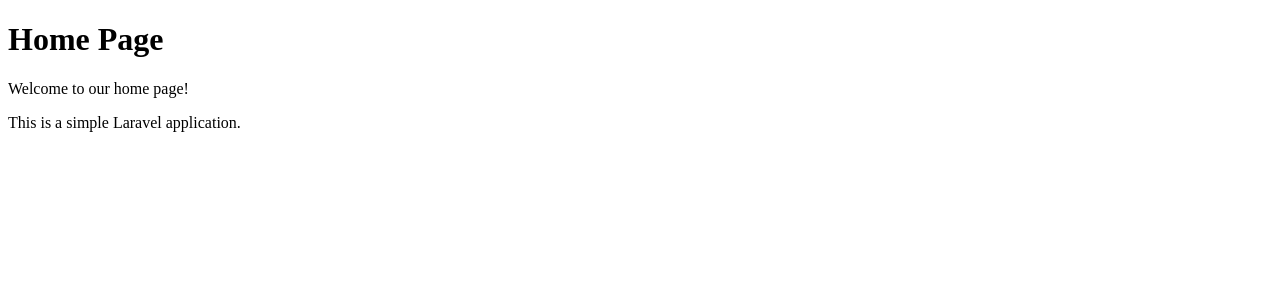
Repository: mennaabdelelhady/30-Days-to-Learn-Laravel
Page: http://localhost/
An editor plug-in stored every save of this project. The page is shown before and after the next save, followed by the edit.
The browser window is 1280 px wide. The pictures show the whole page.
The page is served by the project's Laravel application, run on PHP 8.4 with Laravel 12.

Above is the page before, as saved 2025-07-09 01:13:20.

After the next save:
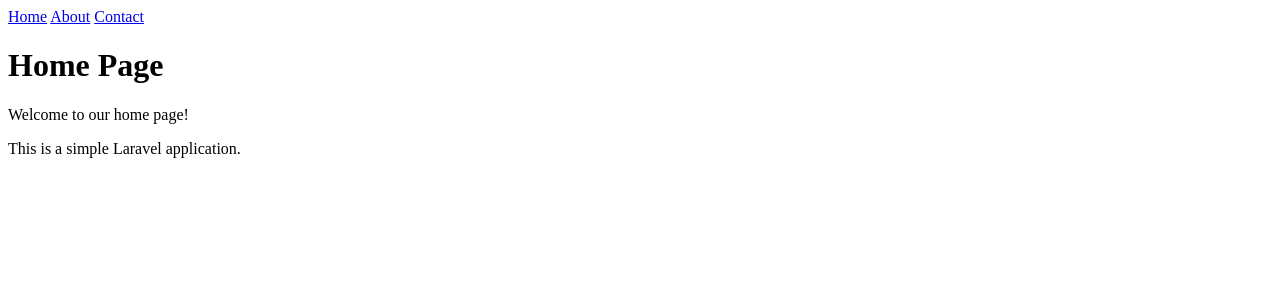
Saved 4 min 35 s later.
--- a/resources/views/home.blade.php
+++ b/resources/views/home.blade.php
@@ -8,6 +8,11 @@
 </head>
 
 <body>
+    <nav>
+        <a href="/">Home</a>
+        <a href="/about">About</a>
+        <a href="/contact">Contact</a>
+    </nav>
     <h1>Home Page</h1>
     <p>Welcome to our home page!</p>
     <p>This is a simple Laravel application.</p>
